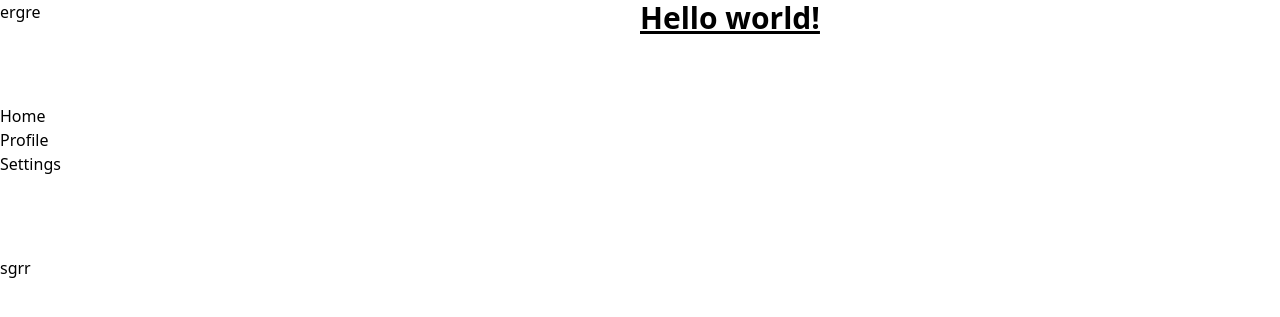
Repository: Yh010/dukaanDashboard
Page: /
The author's editor kept a copy of each file at every save. The page is drawn from the files as they stood at one save, then again after the next save.
The browser window is 1280 px wide. The pictures show the whole page.
The project was rebuilt for these pictures with package versions that can differ from the ones it lists, and the page was loaded fresh each time. Also part of the build but not shown: vite.config.js, src/App.css.

Above is the page before, as saved 2024-01-21 11:17:16.

### src/App.jsx
/* import { useState } from 'react' */
/* import reactLogo from './assets/react.svg'
import viteLogo from '/vite.svg' */
import './App.css'
import SideNavBar from './components/sidenavbar'

function App() {
/*   const [count, setCount] = useState(0) */

  return (
    <div className='grid grid-cols-2'>
       <SideNavBar/>
        <h1 className="text-3xl font-bold underline">
            Hello world!
        </h1>

    </div>

  )
}

export default App

### src/components/sidenavbar.jsx
function SideNavBar() {
    return (
        <div className="sidenavbar space-y-20 justify-between">
            <div id="head">
                ergre
            </div>



            <div id="items">
                <ul>
                    <li>Home</li>
                    <li>Profile</li>
                    <li>Settings</li>
                 </ul>
            </div>



            <div id="credits">
                sgrr
            </div>

        </div>
    );
}

export default SideNavBar;

Loaded but not shown: index.html (common file); src/main.jsx (common file); src/index.css (common file); tailwind.config.js (common file)

After the next save:
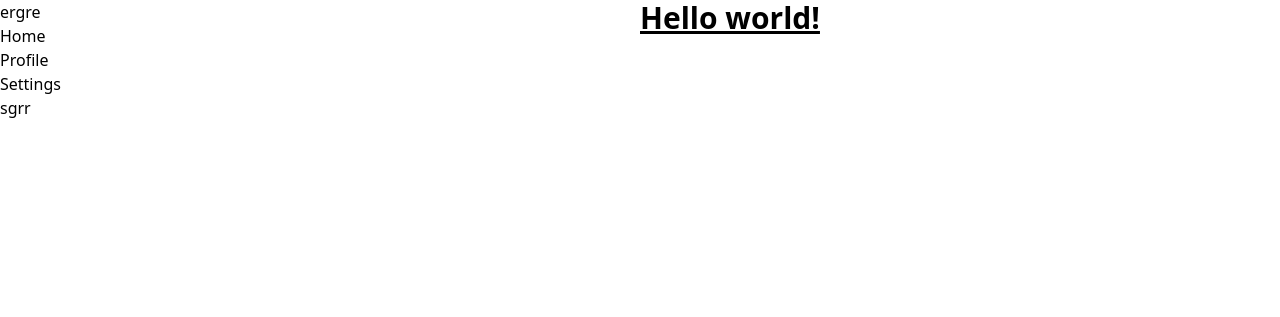
Saved 6 s later.
--- a/src/components/sidenavbar.jsx
+++ b/src/components/sidenavbar.jsx
@@ -1,6 +1,6 @@
 function SideNavBar() {
     return (
-        <div className="sidenavbar space-y-20 justify-between">
+        <div className="sidenavbar space-y-h justify-between">
             <div id="head">
                 ergre
             </div>
